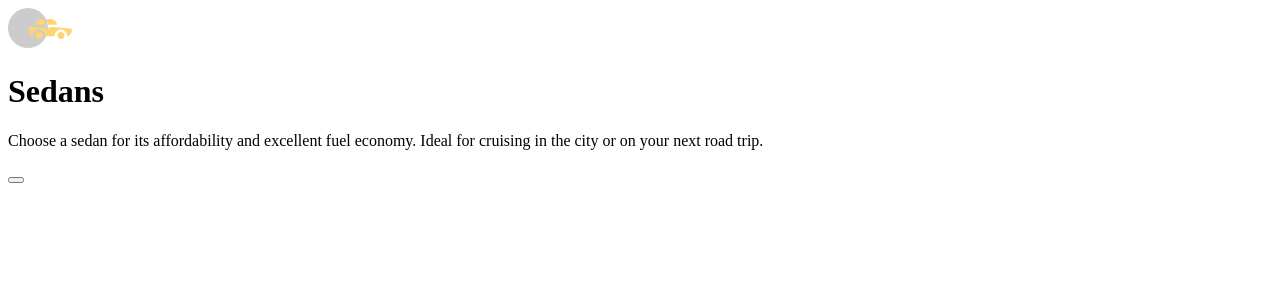
Repository: Pawan-pediredla/frontend-mentors
Page: 3-column-preview-card-component/3-column-preview-card-component-main/markup/index.html
The author's editor kept a copy of each file at every save. The page is drawn from the files as they stood at one save, then again after the next save.
The browser window is 1280 px wide. The pictures show the whole page.

Above is the page before, as saved 2024-06-22 12:43:45.

### 3-column-preview-card-component/3-column-preview-card-component-main/markup/index.html
<!DOCTYPE html>
<html lang="en">
<head>
  <meta charset="UTF-8">
  <meta name="viewport" content="width=device-width, initial-scale=1.0"> <!-- displays site properly based on user's device -->

  <link rel="icon" type="image/png" sizes="32x32" href="./images/favicon-32x32.png">

  <title>Frontend Mentor | 3-column preview card component</title>

<link rel="stylesheet" href="../styling/index.css"/>
</head>
<body>
  <main>
    <div class="box" id="sedans">
      <img src="../images/icon-sedans.svg" alt="sedans-img"/>
      <h1>Sedans</h1>
      <p>
        Choose a sedan for its affordability and excellent fuel economy. Ideal for cruising in the city
          or on your next road trip.
      </p>
<button></button>
    </div>
  </main>
</body>
</html>

### 3-column-preview-card-component/3-column-preview-card-component-main/styling/index.css
.attribution { font-size: 11px; text-align: center; }
    .attribution a { color: hsl(228, 45%, 44%); }

After the next save:
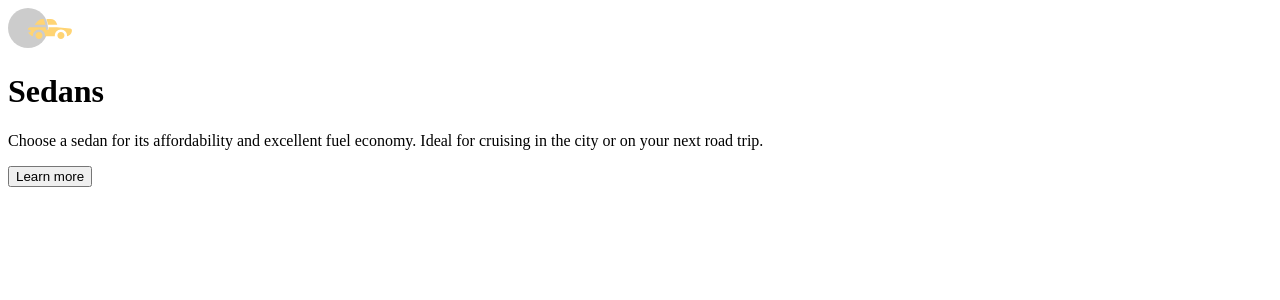
Saved 13 s later.
--- a/3-column-preview-card-component/3-column-preview-card-component-main/markup/index.html
+++ b/3-column-preview-card-component/3-column-preview-card-component-main/markup/index.html
@@ -19,7 +19,7 @@
         Choose a sedan for its affordability and excellent fuel economy. Ideal for cruising in the city
           or on your next road trip.
       </p>
-<button></button>
+<button>Learn more</button>
     </div>
   </main>
 </body>
